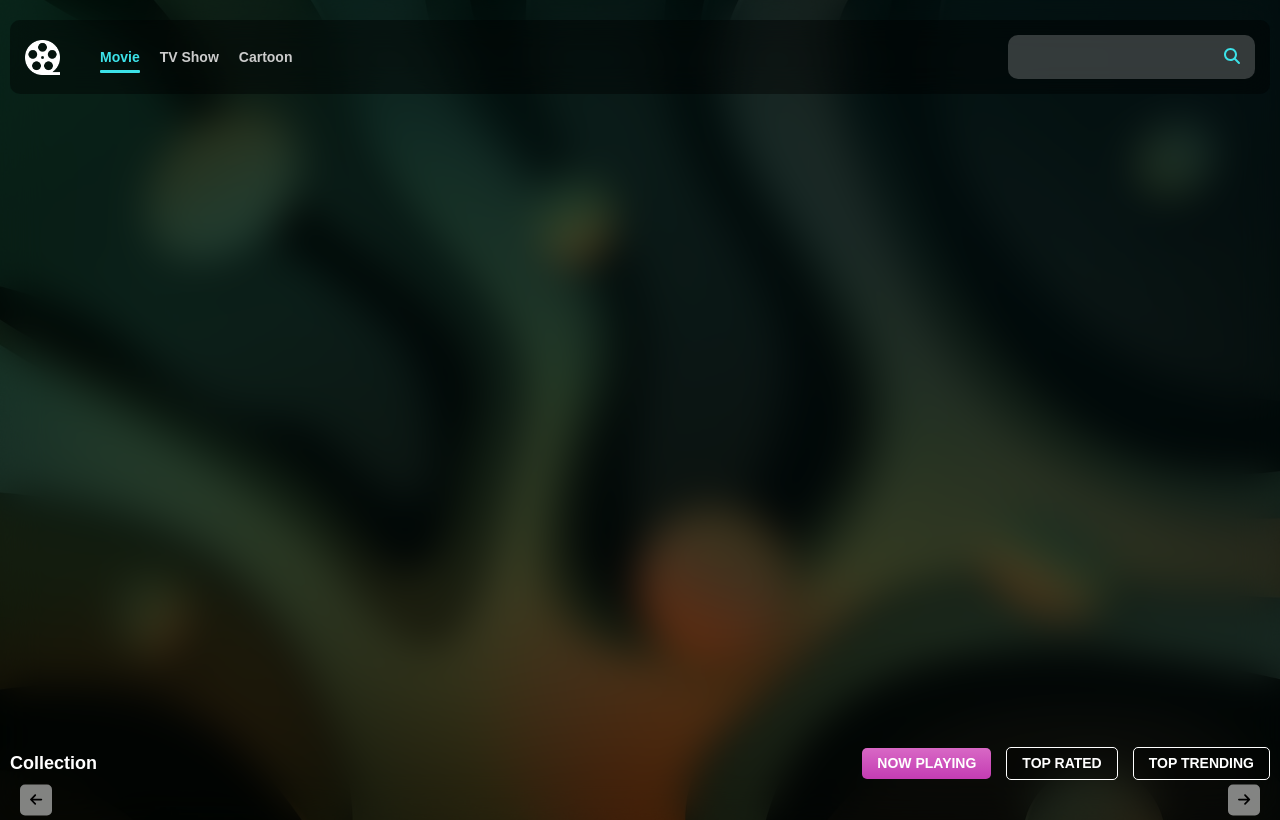
Repository: duythamfe/react_movie_2
Page: /
An editor plug-in stored every save of this project. The page is shown before and after a run of saves, followed by the edit.
The browser window is 1280 px wide. The pictures show the whole page.
The page's requests for data from a server got no answer. The project was rebuilt for these pictures with package versions that can differ from the ones it lists, and the page was loaded fresh each time. No one was signed in, and anything a server would have sent is missing. Also part of the build but not shown: src/component/Movie/MovieCard.js, src/component/Movie/BackdropContent.js, src/component/Page/MovieDetailPage.js, src/component/Page/SearchPage.js.

Above is the page before, as saved 2023-07-05 11:26:36.

After the next 2 saves:
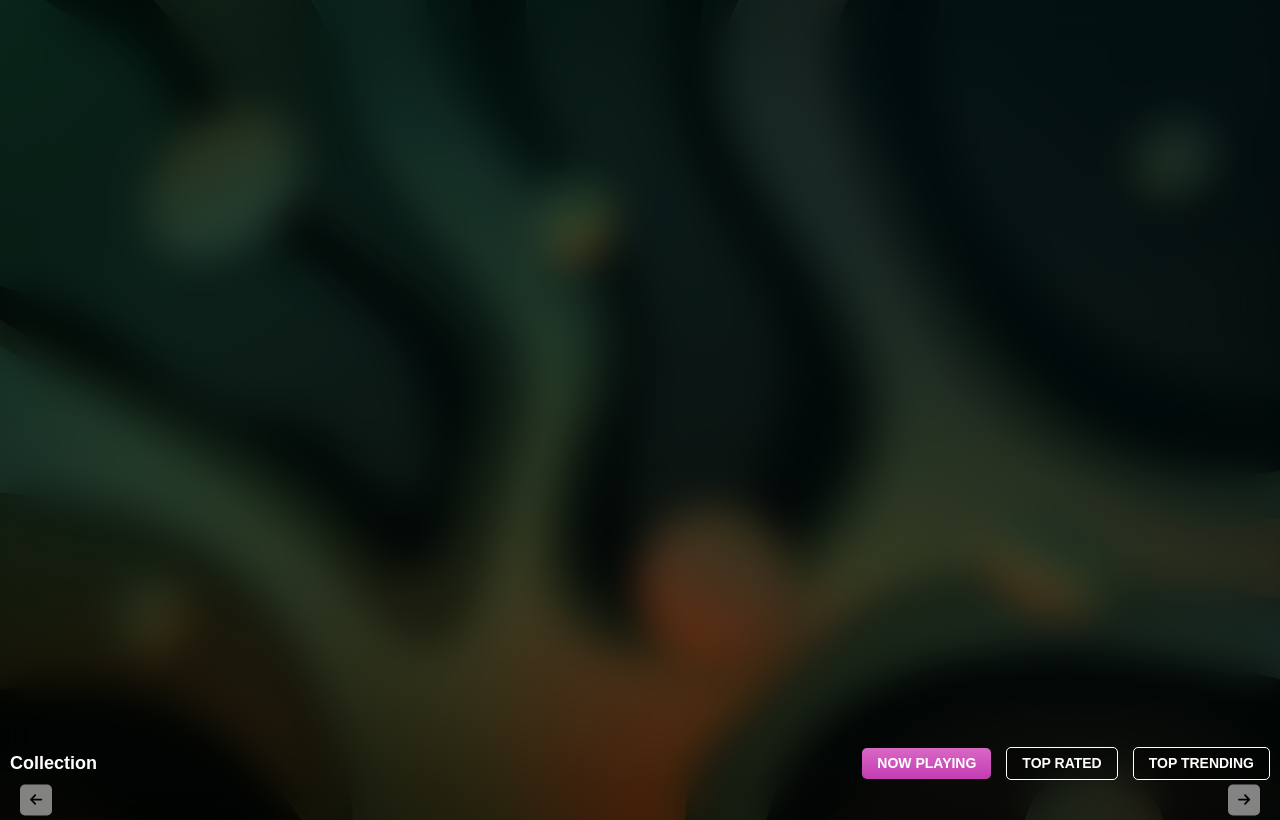
The 2 saves are shown as one change because 1 did not build or start.
The last was saved 4 min 10 s later.
--- a/src/App.js
+++ b/src/App.js
@@ -11,10 +11,10 @@
 
   return (
     <Fragment>
-      <Header></Header>
-
       <Routes>
-        <Route path='/' element={<HomePage></HomePage>}></Route>
+        <Route path='/'
+          element={<HomePage></HomePage>}
+        ></Route>
         <Route path='/movie/:movie_id' element={<MovieDetail></MovieDetail>}></Route>
         <Route path='/search/:query' element={<SearchPage></SearchPage>}></Route>
       </Routes>

After the 3 saves that followed:
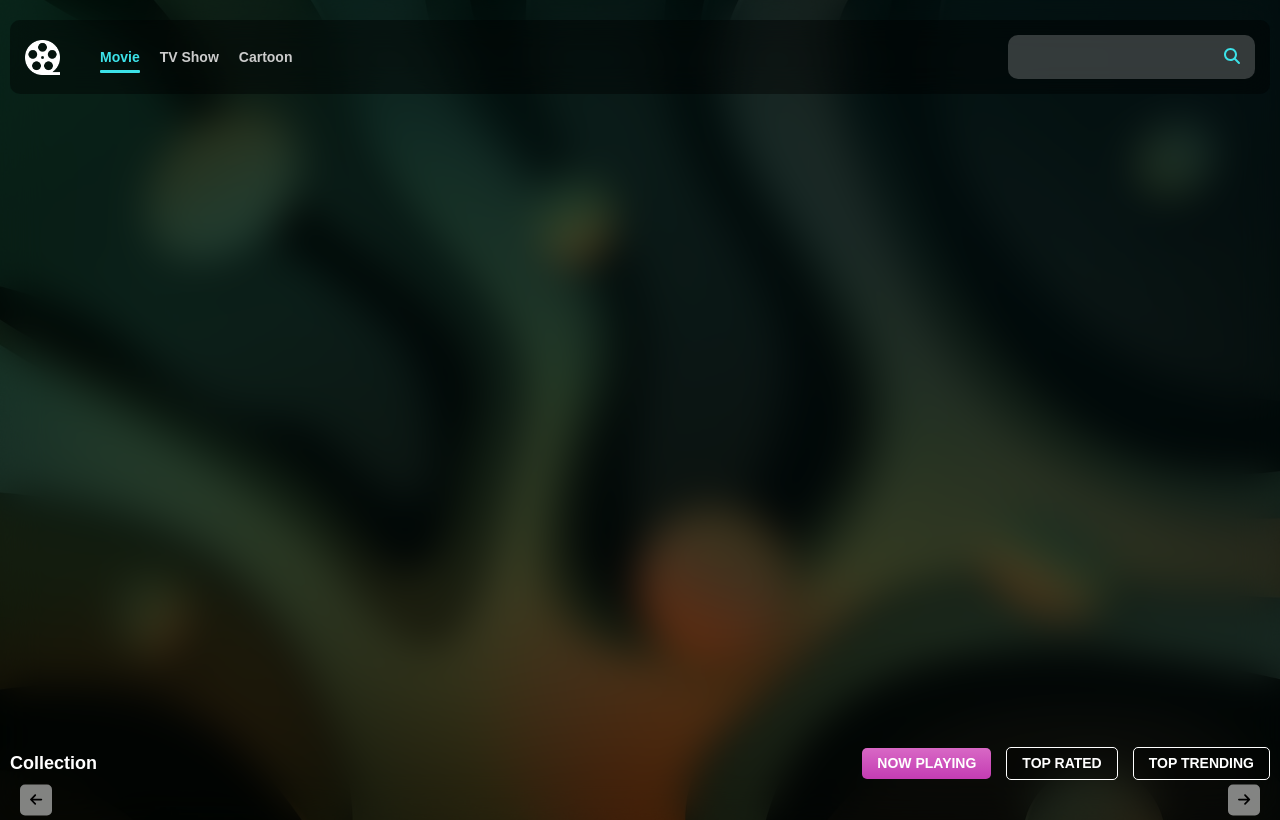
The 3 saves are shown as one change because 1 left the picture as it was and some came seconds apart.
The last was saved 52 s later.
--- a/src/App.js
+++ b/src/App.js
@@ -13,7 +13,12 @@
     <Fragment>
       <Routes>
         <Route path='/'
-          element={<HomePage></HomePage>}
+          element={
+            <>
+              <Header></Header>
+              <HomePage></HomePage>
+            </>
+          }
         ></Route>
         <Route path='/movie/:movie_id' element={<MovieDetail></MovieDetail>}></Route>
         <Route path='/search/:query' element={<SearchPage></SearchPage>}></Route>
